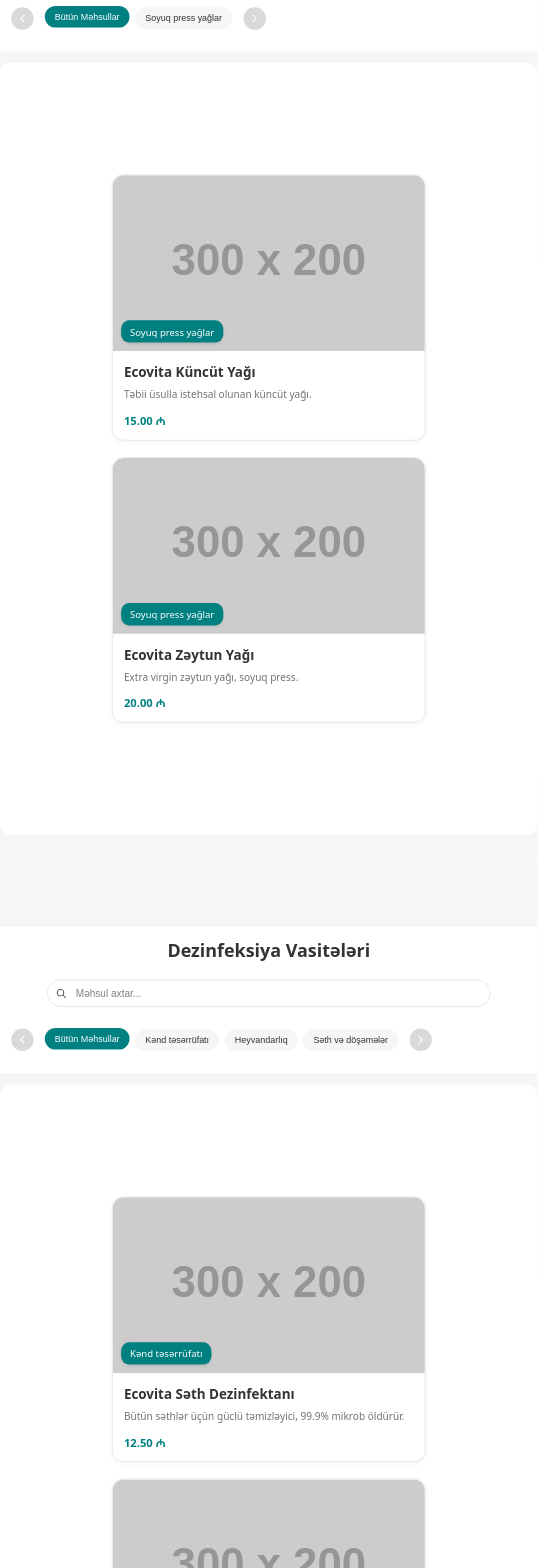
Repository: ferhadsultan98/ecovita
Page: /
The author's editor kept a copy of each file at every save. The page is drawn from the files as they stood at one save, then again after the next save.
The browser window is 768 px wide. The pictures show the part of the page from y = 1438 to 3678 px (the page is 6379 px tall before and 7819 px after), at 70% of full size.
The project was rebuilt for these pictures with package versions that can differ from the ones it lists, and the page was loaded fresh each time. Also part of the build but not shown: vite.config.js.

Above is the page before, as saved 2025-05-06 11:21:21.

After the next save:
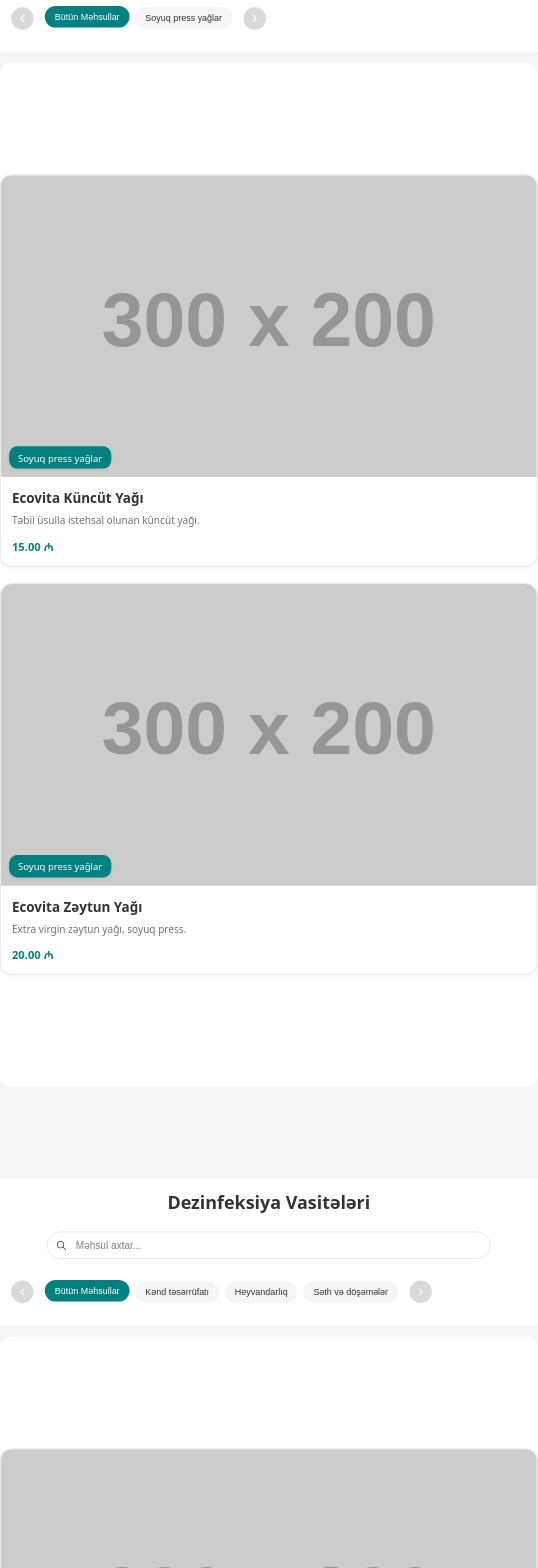
Saved 8 s later.
--- a/src/Pages/MenuSection/MenuSection.scss
+++ b/src/Pages/MenuSection/MenuSection.scss
@@ -451,7 +451,7 @@
     }
 
     .menu-content {
-      padding: 10rem;
+      padding: 10rem 0;
 
       .menu-grid {
         grid-template-columns: 1fr;
